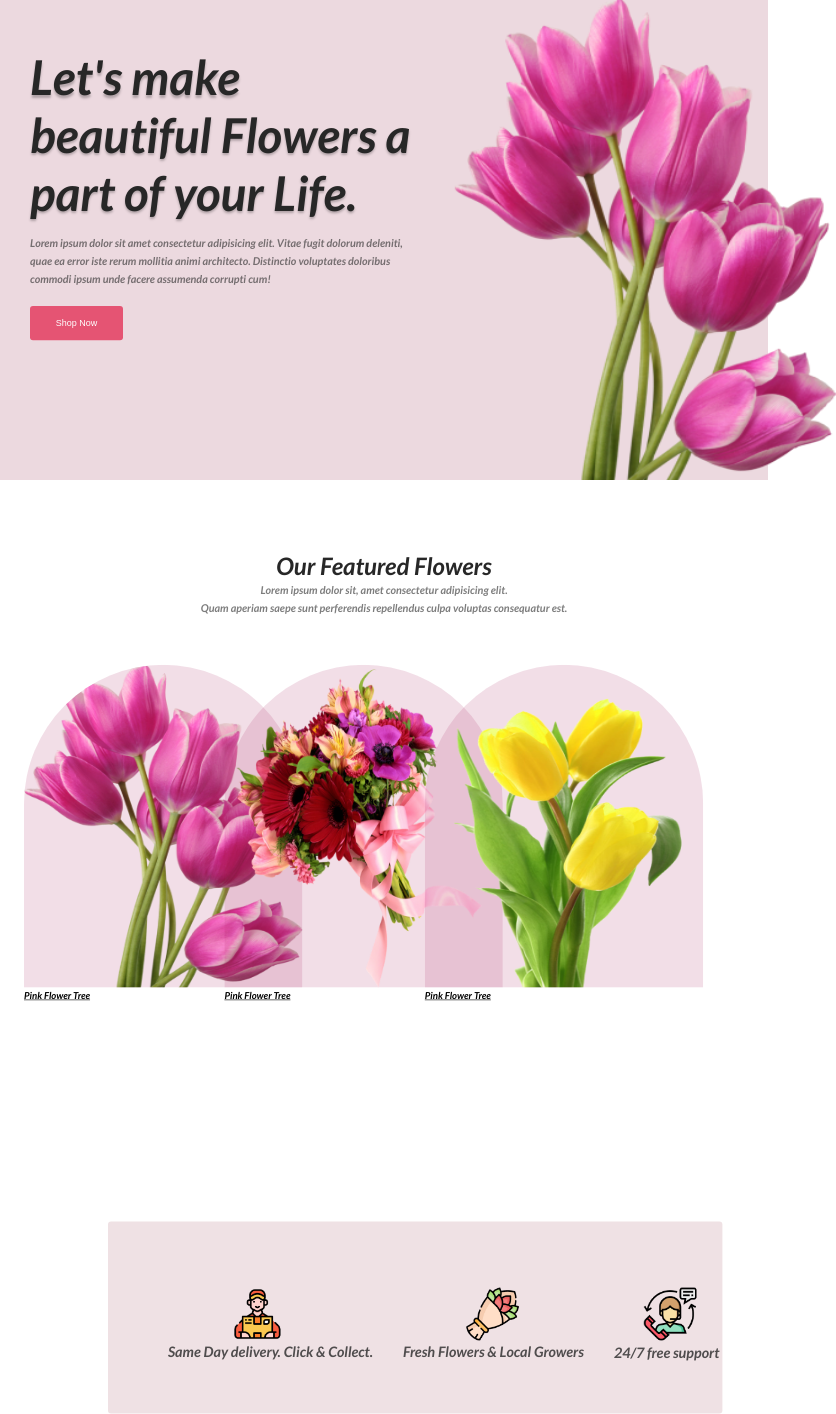
Repository: AnitaAkter/anita-flower-shop
Page: index.html
An editor plug-in stored every save of this project. The page is shown before and after the next save, followed by the edit.
The browser window is 1280 px wide. The page is 1393 px wide, so the pictures cover 1393 px, including what lies to the right of the window. The pictures show the whole page, at 60% of full size.

Above is the page before, as saved 2023-09-05 22:13:03.

### index.html
<!DOCTYPE html>
<html lang="en">

<head>
    <meta charset="UTF-8">
    <meta http-equiv="X-UA-Compatible" content="IE=edge">
    <meta name="viewport" content="width=device-width, initial-scale=1.0">
    <title>Anita's Flower Shop</title>
    <link rel="preconnect" href="https://fonts.googleapis.com">
    <link rel="preconnect" href="https://fonts.gstatic.com" crossorigin>
    <link href="https://fonts.googleapis.com/css2?family=Lato:ital,wght@1,700&display=swap" rel="stylesheet">
    <link rel="stylesheet" href="style.css">
</head>

<body>
    <div>
        <!-- /* Header -section start */ -->
        <header>
            <div class="header-intro">
                <h1>Let's make <br> beautiful Flowers a <br>part of your Life.</h1>
                <div class="header-p">
                    <p>Lorem ipsum dolor sit amet consectetur adipisicing elit. Vitae fugit dolorum deleniti, quae ea
                        error
                        iste rerum mollitia animi architecto. Distinctio voluptates doloribus commodi ipsum unde facere
                        assumenda corrupti cum!</p>
                </div>
                <button class="header-btn">Shop Now</button>
            </div>
            <div class="header-pic">
                <img src="images/pngwing 6.png" alt="">
            </div>
        </header>
        <!-- /* Header -section end */ -->
        <main>
            <div class="flowers-info">
                <h3>Our Featured Flowers</h3>
                <p>Lorem ipsum dolor sit, amet consectetur adipisicing elit. <br>
                    Quam aperiam saepe sunt perferendis repellendus culpa voluptas consequatur est.
                </p>
            </div>
            <div class="flowers-add">
                <div class="flowers-img">
                    <div class="flowers">
                        <img src="images/pngwing 6.png" alt="">
                        <p> <u>Pink Flower Tree</u> </p>
                    </div>
                    <div class="flowers">
                        <img src="images/pngwing 5.png" alt="">
                        <p><u>Pink Flower Tree</u></p>
                    </div>
                    <div class="flowers">
                        <img src="images/pngwing 7.png" alt="">
                        <p><u>Pink Flower Tree</u></p>
                    </div>

                </div>
            </div>






            <!-- Delivery section start -->
            <div class="delivery">
                <div class="delivery-img">
                    <div class="d-img">
                        <img src="images/Group 57.png" alt="">
                        <p>Same Day delivery. Click & Collect.</p>
                    </div>
                    <div class="d-img">
                        <img src="images/Group 58.png" alt="">
                        <p>Fresh Flowers & Local Growers</p>
                    </div>
                    <div>
                        <img src="images/Group 59.png" alt="">
                        <p>24/7 free support</p>
                    </div>
                </div>
            </div>
            <!-- Delivery section start -->
        </main>

    </div>
</body>

</html>

### style.css
/* Header -section start */

* {
    margin: 0;
    padding: 0;
    box-sizing: border-box;
}

body {
    font-family: 'Lato', sans-serif;
    font-weight: 900;
    width: 100%;
}

header {
    display: flex;
    background-color: hsl(342, 34%, 89%);
    width: 100%;
    height: 800px;
}

.header-intro {
    margin-top: 80px;
    margin-left: 50px;
    width: 708px;
    height: 506px;


}

.header-intro h1 {
    color: #272727;
    text-shadow: 0px 4px 4px rgba(0, 0, 0, 0.25);
    font-family: Lato;
    font-size: 80px;
    font-style: normal;
    font-weight: 800;
    line-height: normal;
    width: 708px;
    height: 310px;


}

.header-p {
    color: rgba(39, 39, 39, 0.60);
    font-family: Lato;
    font-size: 18px;
    font-style: normal;
    font-weight: 400;
    line-height: 30px;
    width: 634px;
    height: 120px;
    gap: 32px;



    /* 166.667% */
}

.header-btn {
    background-color: #E55473;
    border-radius: 5px;
    border: none;
    color: white;
    font-size: 15px;
    display: inline-flex;
    padding: 20px 43px;
    align-items: flex-start;
    gap: 10px;

}

.header-pic {
    width: 635px;
    height: 800px;
    margin-bottom: 0%;
    margin-right: auto;

}


.header-pic img {
    width: 635px;
    height: 800px;
    margin-bottom: 0%;
}

/* Header -section end */


/* flowers info styles */
.flowers-info {
    margin-top: 120px;
}

.flowers-info h3 {
    color: #272727;
    text-align: center;
    font-family: Lato;
    font-size: 40px;
    font-style: normal;
    font-weight: 800;
    line-height: normal;
}

.flowers-info p {
    color: rgba(39, 39, 39, 0.60);
    text-align: center;
    font-family: Lato;
    font-size: 18px;
    font-style: normal;
    font-weight: 400;
    line-height: 30px;
    /* 166.667% */
}


.flowers-add {
    margin-top: 80px;
    align-items: center;
    margin-left: 40px;
    margin-bottom: 500px;

}

.flowers-img {
    display: flex;
    align-items: center;
    gap: 24px;

}

.flowers-img img {
    width: 464px;
    height: 538px;
    display: inline-flex;
    background-image: url('/images/Rectangle\ 3\ \(1\).png');
    align-content: center;
    border-radius: 300px 300px 0px 0px;
    background: rgba(167, 33, 98, 0.15);
    gap: 24px;

}

.flowers {

    width: 310px;
    height: 428px;
    flex-shrink: 0;
    align-content: center;

}





/* delivery section start */
.delivery {
    margin-top: 100px;
    margin-left: 180px;
    margin-right: 140px;
    background-color: #efe1e4;
    display: flex;
    width: 80%;
    height: 320px;
    border-radius: 5px;
    padding: 30px;
}

.delivery-img p {
    color: rgba(39, 39, 39, 0.80);

    font-family: Lato;
    font-size: 24px;
    font-style: normal;
    font-weight: 600;
    line-height: 35px;
    margin-left: -50px;


}

.delivery-img {
    display: inline-flex;
    margin-top: 80px;
    margin-left: 120px;
    gap: 100px;
    height: 30px;
    align-content: center;
    position: absolute;

}

.d-img img {
    display: grid;
    justify-content: center;
    margin-left: 55px;

}

After the next save:
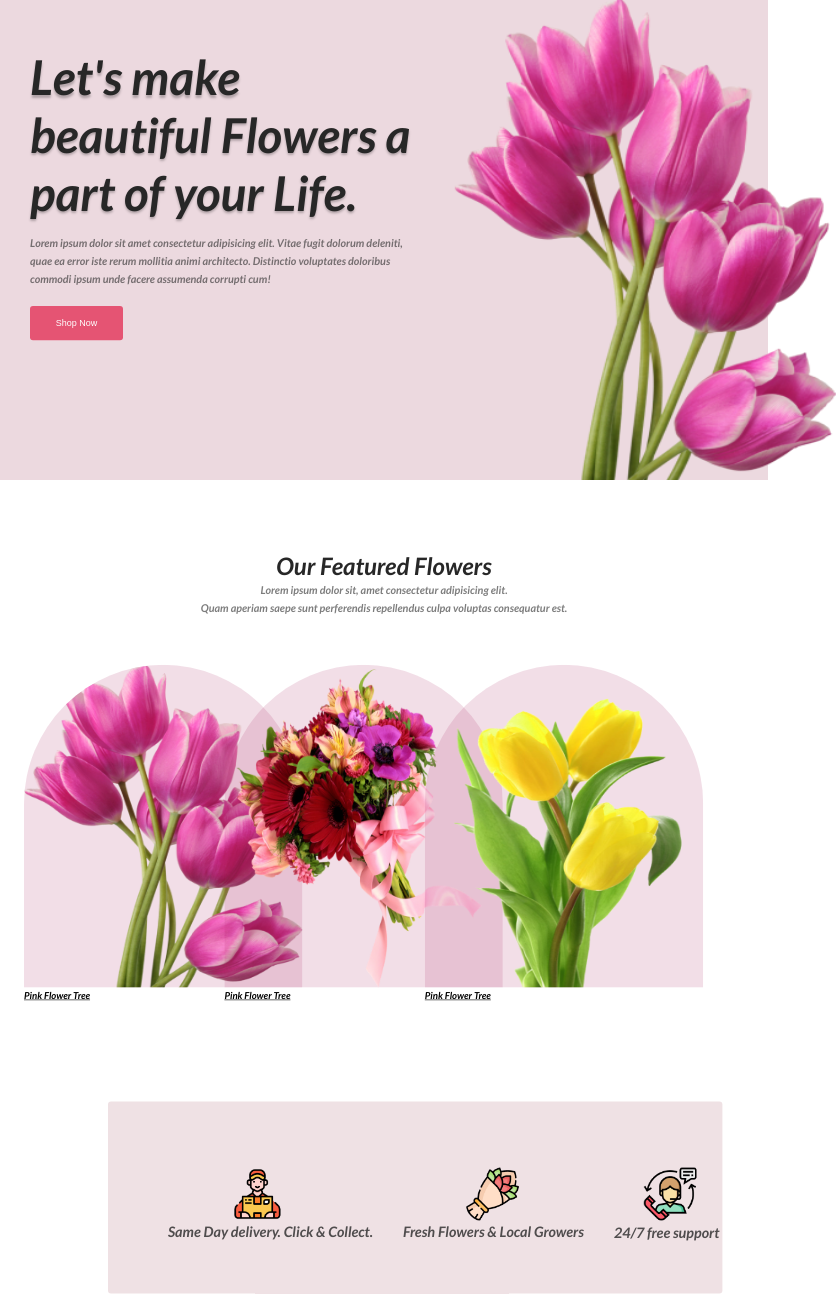
Saved 15 s later.
--- a/style.css
+++ b/style.css
@@ -120,7 +120,7 @@ header {
     margin-top: 80px;
     align-items: center;
     margin-left: 40px;
-    margin-bottom: 500px;
+    margin-bottom: 300px;
 
 }
 
